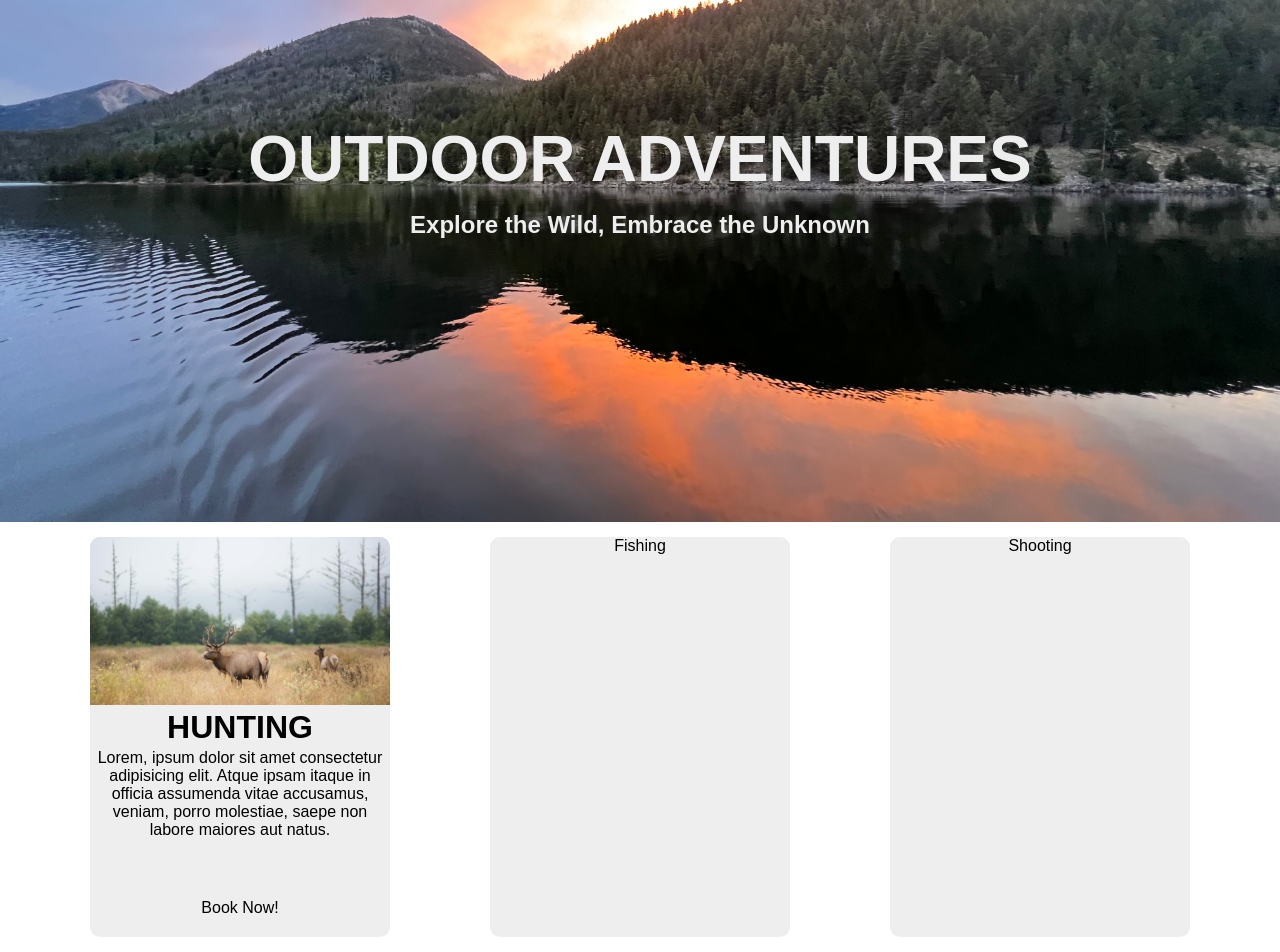
Repository: iforgotmylogin/WebDesignFinal
Page: index.html
The author's editor kept a copy of each file at every save. The page is drawn from the files as they stood at one save, then again after the next save.
The browser window is 1280 px wide. The pictures show the part of the page from y = 290 to 1242 px (the page is 1242 px tall).
A picture or video elsewhere on the page could not be fetched, so the positions and the page height are approximate.

Above is the page before, as saved 2024-04-07 18:30:41.

After the next save:
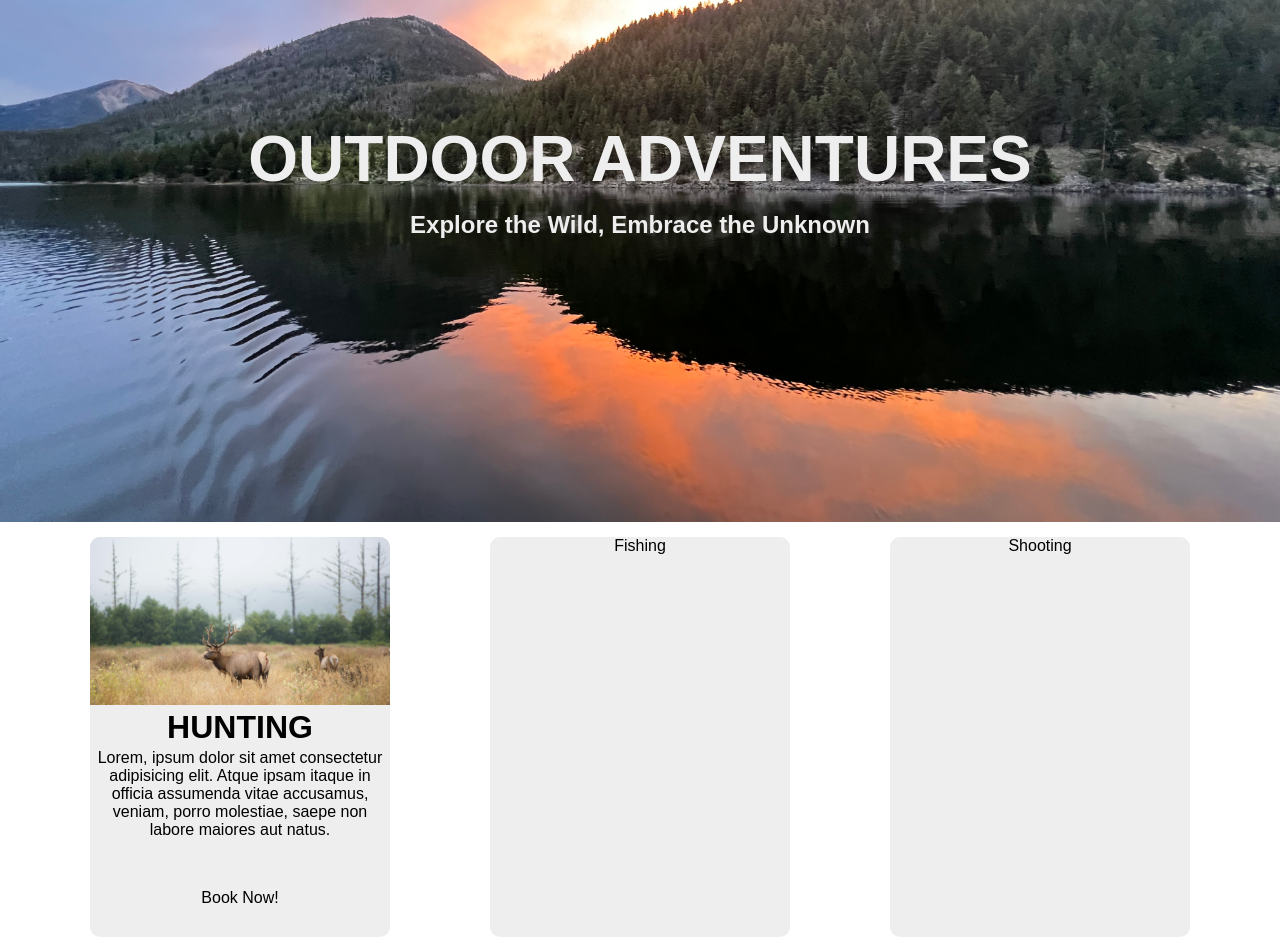
Saved 6 s later.
--- a/css/homepage.css
+++ b/css/homepage.css
@@ -35,5 +35,5 @@
     text-transform: uppercase;
 }
 .home-booking-button{
-    padding-top: 60px;
+    padding-top: 50px;
 }
